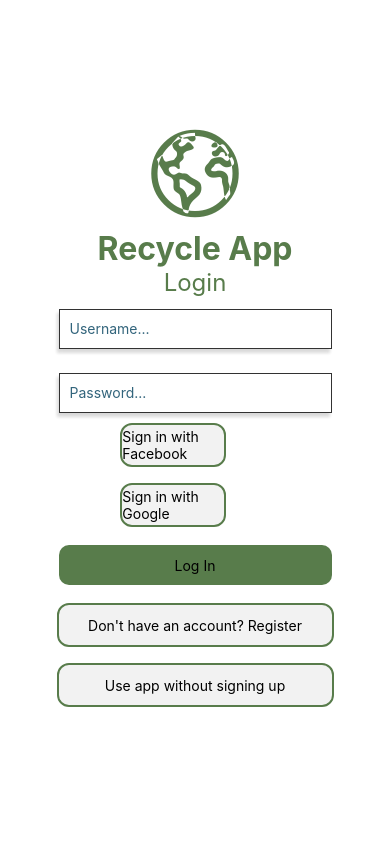
Repository: ct-pham/COMP4511
Screen: / (app in comp4511/)
These files come from the project's save history. The screen is drawn as it stood at one moment and after the next save; the edit follows.
The app was drawn by React Native's web renderer in a window 390 px wide. The project was rebuilt for these pictures with package versions that can differ from the ones it lists, and the page was loaded fresh each time.

Above is the screen before, as saved 2022-11-07 16:30:53.

### comp4511/App.js

// import { NavigationContainer } from 'react-navigation/native';
// import { createNativeStackNavigator } from 'react-navigation/native-stack';
import Login from './Components/Login';
//import Register from './Components/Register';

export default function App() {
  return (
    // <NavigationContainer>
    //   <Stack.Navigator initialRouteName="Home">
    //     <Stack.Screen name="Login" component={Login} />
    //     <Stack.Screen name="Register" component={Register} />
    //   </Stack.Navigator>
    // </NavigationContainer>
    <Login />
  );
}

### comp4511/Components/Login.js
import {
    StyleSheet,
    Text,
    View,
    TextInput,
    TouchableOpacity,
} from 'react-native';

import FontAwesome from 'react-native-vector-icons/FontAwesome';

import Icon from 'react-native-vector-icons/Ionicons';

export default function Login( {navigation}) {
    return (
        <View style={styles.container}>
            <View>
                <Icon
                    name = "earth-outline"
                    size = {100}
                    color = "#587C4B"
                />
            </View>

            <Text style = {styles.title}>Recycle App</Text>
            <Text style = {styles.subtitle}>Login</Text>
            <View style={styles.inputView}>
                <TextInput
                    style={styles.TextInput}
                    placeholder="Username..."
                    placeholderTextColor="#003f5c"
                />
            </View>

            <View style={styles.inputView}>
                <TextInput
                    style={styles.TextInput}
                    placeholder="Password..."
                    placeholderTextColor="#003f5c"
                    secureTextEntry={true}
                />
            </View>
            <View>
                <TouchableOpacity
                    style = {styles.socialBtn}
                >
                    <View style={styles.iconWrapper}>
                        <FontAwesome  />
                    </View>
                    <View style={styles.btnTxtWrapper}>
                        <Text >Sign in with Facebook</Text>
                    </View>
                </TouchableOpacity>
                <TouchableOpacity
                    style = {styles.socialBtn}
                >
                    <View style={styles.iconWrapper2}>
                        <FontAwesome  />
                    </View>
                    <View style={styles.btnTxtWrapper}>
                        <Text >Sign in with Google</Text>
                    </View>
                </TouchableOpacity>

            </View>

            <TouchableOpacity style = {styles.btnStyle}>
                <Text style={styles.loginBtn}>Log In</Text>
            </TouchableOpacity>

            <TouchableOpacity
                onPress = {console.log('Register')}
                style = {styles.btnStyle2}
            >
                <Text style={styles.loginBtn}>Don't have an account? Register</Text>
            </TouchableOpacity>

            <TouchableOpacity
                style = {styles.btnStyle2}
            >
                <Text style={styles.loginBtn}>Use app without signing up</Text>
            </TouchableOpacity>

        </View>
    );
}

const styles = StyleSheet.create({
    container: {
        flex: 1,
        backgroundColor: '#ffffff',
        alignItems: 'center',
        justifyContent: 'center',
    },
    inputView: {
        backgroundColor: '#ffffff',
        borderWidth: 1,
        borderColor: '#000000',
        height: 40,
        width: '70%',
        margin: 12,
        borderWidth: 1,
        padding: 10,
        shadowColor: '#171717',
        shadowOffset: {width: -2, height: 4},
        shadowOpacity: 0.2,
        shadowRadius: 3,
        opacity: 0.8,
    },
    button: {
        borderRadius: 25,
    },
    btnStyle: {
        backgroundColor: '#587C4B',
        width: '70%',
        height: 40,
        alignItems: 'center',
        justifyContent: 'center',
        borderRadius: 10,
        marginBottom:20,
    },
    btnStyle2: {
        backgroundColor: '#F2F2F2',
        borderRadius: 10,
        outlineColor: '#587C4B',
        outlineWidth: 2,
        outlineStyle:  'solid',
        width: '70%',
        height: 40,
        alignItems: 'center',
        justifyContent: 'center',
        marginBottom: 20,
    },
    title: {
        fontSize: 32,
        fontWeight: 'bold',
        color: '#587C4B',
    },
    subtitle: {
        fontSize: 24,
        fontWeight: 'semibold',
        color: '#587C4B',
    },
    socialBtn: {
        backgroundColor: '#F2F2F2',
        borderRadius: 10,
        outlineColor: '#587C4B',
        outlineWidth: 2,
        outlineStyle:  'solid',
        width: '70%',
        height: 40,
        alignItems: 'center',
        justifyContent: 'center',
        marginBottom: 20,
    }
});

After the next save:
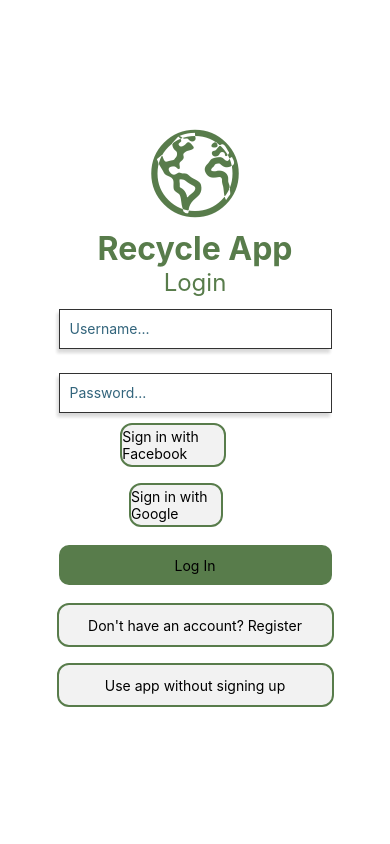
Saved 34 s later.
--- a/comp4511/Components/Login.js
+++ b/comp4511/Components/Login.js
@@ -50,6 +50,8 @@ export default function Login( {navigation}) {
                         <Text >Sign in with Facebook</Text>
                     </View>
                 </TouchableOpacity>
+            </View>
+            <View>
                 <TouchableOpacity
                     style = {styles.socialBtn}
                 >
